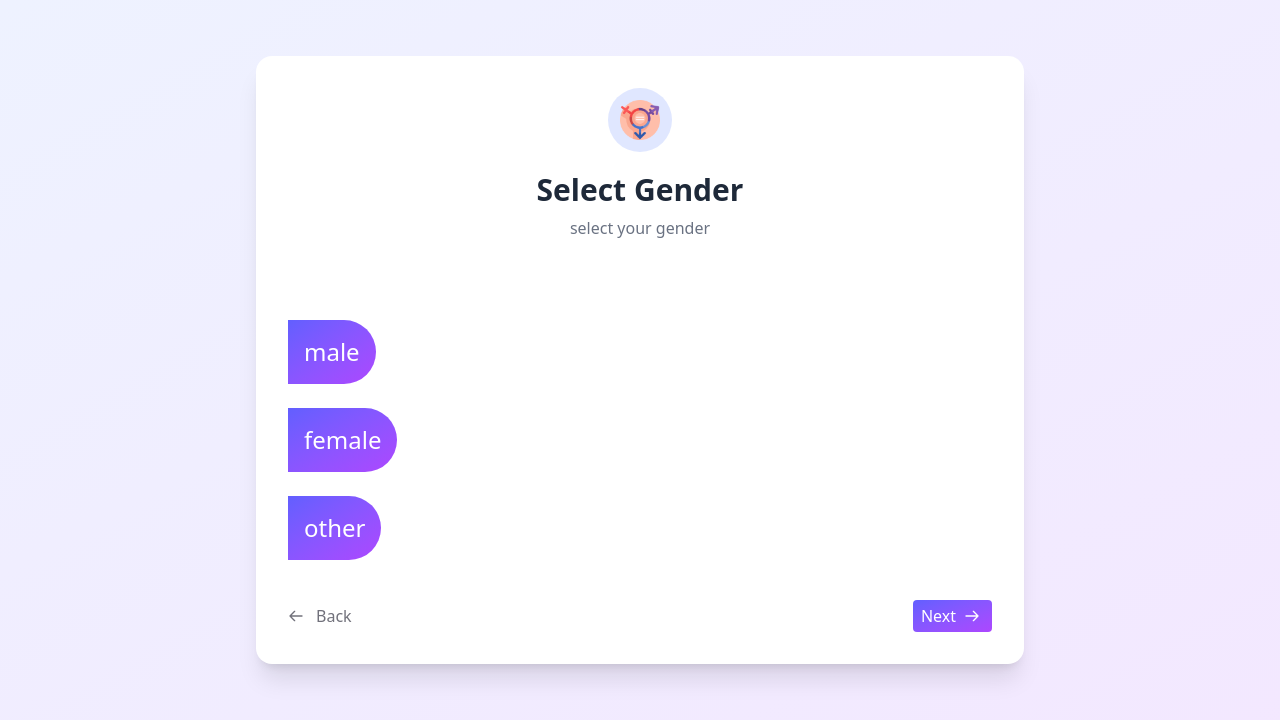
Repository: aryan151pratap/FitPanda
Page: / (app in frontened/)
An editor plug-in stored every save of this project. The page is shown before and after the next save, followed by the edit.
The browser window is 1280 px wide. The pictures show the whole page.
The project was rebuilt for these pictures with package versions that can differ from the ones it lists, and the page was loaded fresh each time. Also part of the build but not shown: frontened/vite.config.js, frontened/src/App.css, frontened/src/components/page_1.jsx, frontened/src/login/login.jsx, frontened/src/login/sign_up.jsx, frontened/src/login/otp.jsx, frontened/src/notification/notify.jsx.

Above is the page before, as saved 2025-06-04 23:15:50.

### frontened/src/App.jsx
import { useState } from 'react'
import './App.css'
import Page_1 from './components/page_1';
import Sign_up from './login/sign_up';
import Otp from './login/otp';
import Notify from './notification/notify';
import Gender from './about_user/gender';

function App() {
	const [otp, setOtp] = useState(true);

  const [data, setData] = useState({});
  const [login, setLogin] = useState(true);

  const [notification, setNotification] = useState('');


  return (
    <>
    <div className=''>
      {!login ?
        <div>
        {otp ?
        <Sign_up setOtp={setOtp} setEmail={setData} setNotification={setNotification}/>
        :
        <Otp setOtp={setOtp} data={data} setNotification={setNotification}/>
        }
        </div>
        :
        <div>
          {/* <Page_1/> */}
          <Gender/>
        </div>
      }

      <div>
        {notification.length > 0 &&
          <Notify notification={notification} setNotification={setNotification}/>
        }
      </div>
    </div>
    </>
  )
}

export default App

### frontened/src/about_user/gender.jsx
import { useState } from "react";
import gender_img from '../image/gender.png';

function Gender(){
	const [gender, setGender] = useState('');
	const gen = ['male', 'female', 'other'];

	return(
		<>
		<div className="min-h-screen bg-gradient-to-br from-indigo-50 to-purple-100 flex items-center justify-center p-4">
			<div className="w-full sm:max-w-xl md:max-w-3xl">
				<div className="bg-white rounded-2xl shadow-xl overflow-hidden p-8">
					<div className="text-center mb-15">
						<div className="mx-auto flex items-center justify-center w-16 h-16 bg-indigo-100 rounded-full mb-5">
						{gender === "male" ?
							<svg xmlns="http://www.w3.org/2000/svg" className="h-8 w-8 text-blue-600" fill="none" viewBox="0 0 24 24" stroke="currentColor">
								<path strokeLinecap="round" strokeLinejoin="round" strokeWidth={2} d="M13 7h4a1 1 0 011 1v4m-7 7a5 5 0 100-10 5 5 0 000 10zm6-10l-5 5" />
							</svg>
							: gender === 'female' ?
							<svg xmlns="http://www.w3.org/2000/svg" className="h-8 w-8 text-pink-600" fill="none" viewBox="0 0 24 24" stroke="currentColor">
								<path strokeLinecap="round" strokeLinejoin="round" strokeWidth={2} d="M12 14v7m0 0h3m-3 0H9m3-7a5 5 0 100-10 5 5 0 000 10z" />
							</svg>
							: gender === 'other' ?
							<svg xmlns="http://www.w3.org/2000/svg" className="h-8 w-8 text-purple-600" fill="none" viewBox="0 0 24 24" stroke="currentColor">
								<path strokeLinecap="round" strokeLinejoin="round" strokeWidth={2} d="M12 3v3m0 0a5 5 0 110 10m0-10a5 5 0 100 10m0 0v4m-3 0h6" />
							</svg>
							:
							<div>
								<img src={gender_img} alt="" className="h-10 w-10"/>
							</div>
						}
						</div>
						<h2 className="text-3xl font-bold text-gray-800">Select Gender</h2>
						<p className="text-gray-500 mt-2">
							select your gender
							<span className="block font-medium text-indigo-600"></span>
						</p>
					</div>

					<div className="flex flex-col justify-between">
						<div className="flex flex-col gap-6 mt-5">
						{gen.map((i, index) => (
							<div key={index}>
								<button className="text-white text-2xl rounded-l-sm rounded-r-full p-4 bg-gradient-to-br from-indigo-500 to-purple-500 cursor-pointer transition hover:px-4">
									{i}
								</button>
							</div>
						))}
						</div>
					</div>

					<div className="mt-10 flex justify-between">
						<button className="text-zinc-500 flex items-center gap-2 hover:text-zinc-700 cursor-pointer">
							<svg xmlns="http://www.w3.org/2000/svg" className="h-4 w-4 mr-1" fill="none" viewBox="0 0 24 24" stroke="currentColor">
							<path strokeLinecap="round" strokeLinejoin="round" strokeWidth={2} d="M10 19l-7-7m0 0l7-7m-7 7h18" />
							</svg>
							<span className="">Back</span>
						</button>
						<button className="text-white px-2 py-1 rounded-sm bg-gradient-to-br from-indigo-500 to-purple-500 flex gap-2 items-center">
							<span>Next</span>
							<svg xmlns="http://www.w3.org/2000/svg" className="h-4 w-4 mr-1" fill="none" viewBox="0 0 24 24" stroke="currentColor">
								<path strokeLinecap="round" strokeLinejoin="round" strokeWidth={2} d="M14 5l7 7m0 0l-7 7m7-7H3" />
							</svg>
						</button>
					</div>
				</div>
			</div>
		</div>

		</>
	)
}

export default Gender;

Loaded but not shown: frontened/index.html (common file); frontened/src/main.jsx (common file)

After the next save:
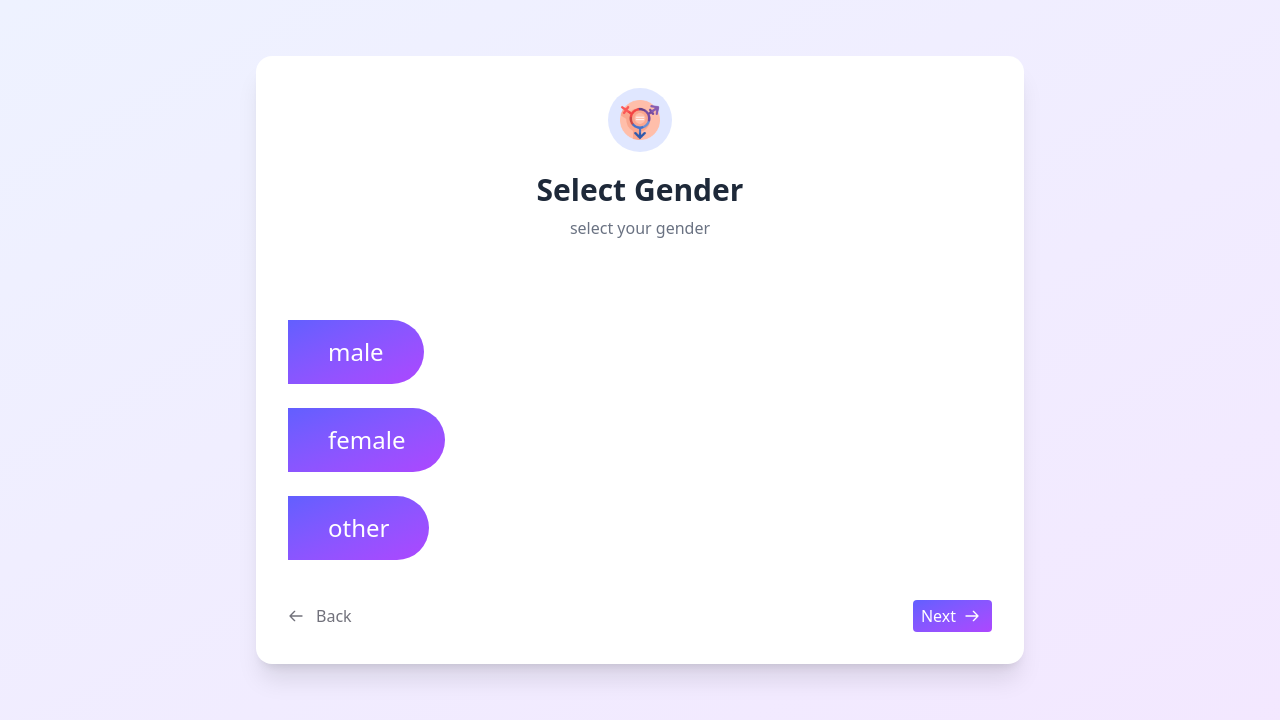
Saved 49 s later.
--- a/frontened/src/about_user/gender.jsx
+++ b/frontened/src/about_user/gender.jsx
@@ -41,7 +41,7 @@ function Gender(){
 						<div className="flex flex-col gap-6 mt-5">
 						{gen.map((i, index) => (
 							<div key={index}>
-								<button className="text-white text-2xl rounded-l-sm rounded-r-full p-4 bg-gradient-to-br from-indigo-500 to-purple-500 cursor-pointer transition hover:px-4">
+								<button className="text-white text-2xl rounded-l-sm rounded-r-full py-4 px-10 bg-gradient-to-br from-indigo-500 to-purple-500 cursor-pointer transition hover:px-4">
 									{i}
 								</button>
 							</div>
